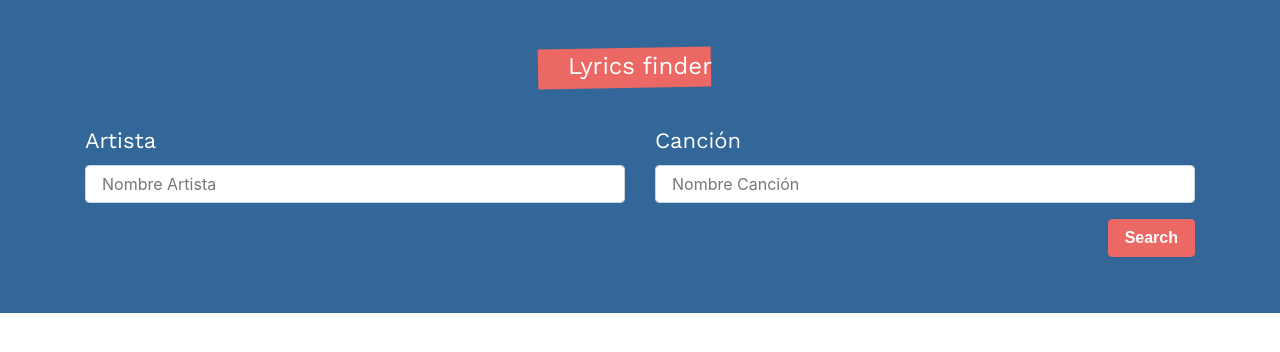
Repository: ppfeliuu/Lyrics-and-Band
Page: /
The author's editor kept a copy of each file at every save. The page is drawn from the files as they stood at one save, then again after the next save.
The browser window is 1280 px wide. The pictures show the whole page.
Some web fonts or font styles are not loaded; a fallback is used. The project was rebuilt for these pictures with package versions that can differ from the ones it lists, and the page was loaded fresh each time.

Above is the page before, as saved 2019-06-21 13:37:00.

### public/index.html
<!DOCTYPE html>
<html lang="en">
  <head>
    <meta charset="utf-8" />
    <link rel="shortcut icon" href="%PUBLIC_URL%/favicon.ico" />
    <meta
      name="viewport"
      content="width=device-width, initial-scale=1, shrink-to-fit=no"
    />
    <meta name="theme-color" content="#000000" />
    <!--
      manifest.json provides metadata used when your web app is added to the
      homescreen on Android. See https://developers.google.com/web/fundamentals/web-app-manifest/
    -->
    <link rel="manifest" href="%PUBLIC_URL%/manifest.json" />
    <!--
      Notice the use of %PUBLIC_URL% in the tags above.
      It will be replaced with the URL of the `public` folder during the build.
      Only files inside the `public` folder can be referenced from the HTML.

      Unlike "/favicon.ico" or "favicon.ico", "%PUBLIC_URL%/favicon.ico" will
      work correctly both with client-side routing and a non-root public URL.
      Learn how to configure a non-root public URL by running `npm run build`.
    -->
    <title>App Música</title>

    <link href="https://fonts.googleapis.com/css?family=Work+Sans" rel="stylesheet">
    <link rel="stylesheet" href="https://use.fontawesome.com/releases/v5.7.1/css/all.css" integrity="sha384-fnmOCqbTlWIlj8LyTjo7mOUStjsKC4pOpQbqyi7RrhN7udi9RwhKkMHpvLbHG9Sr" crossorigin="anonymous">
   <link rel="stylesheet" href="https://bootswatch.com/4/journal/bootstrap.min.css">
  </head>
  <body>
    <noscript>You need to enable JavaScript to run this app.</noscript>
    <div id="root"></div>
    <!--
      This HTML file is a template.
      If you open it directly in the browser, you will see an empty page.

      You can add webfonts, meta tags, or analytics to this file.
      The build step will place the bundled scripts into the <body> tag.

      To begin the development, run `npm start` or `yarn start`.
      To create a production bundle, use `npm run build` or `yarn build`.
    -->
  </body>
</html>

### src/App.js
import React, { useState, useEffect, Fragment } from 'react';
import Formulario from './components/Formulario';

function App() {

  const [ artista, agregarArtista ] = useState('');
  const [ letra, agregarLetra ] = useState([]);
  const [ info, agregarInfo ] = useState({});


  return (
    <Fragment>
      <Formulario />
    </Fragment>
  );
}

export default App;

### src/components/Formulario.js
import React, { useState, useEffect, Fragment } from 'react';

function Formulario() {
    return (
        <div className="bg-info">
          <div className="container">
              <div className="row">
                  <form
                    className="col card text-white bg-transparent  mb-5 pt-5 pb-2">
                      <fieldset>
                          <legend className="text-center">Lyrics finder</legend>
                          <div className="row">
                              <div className="col-md-6">
                                <div className="form-group">
                                    <label>Artista</label>
                                    <input
                                        type="text"
                                        className="form-control"
                                        name="artista"
                                        placeholder="Nombre Artista"
                                        required
                                    />
                                </div>
                              </div>
                              <div className="col-md-6">
                                <div className="form-group">
                                    <label>Canción</label>
                                    <input
                                        type="text"
                                        className="form-control"
                                        name="cancion"
                                        placeholder="Nombre Canción"
                                        required
                                    />
                                </div>
                              </div>
                          </div>
                          <button type="submit" className="btn btn-primary float-right">Search</button>
                      </fieldset>
                  </form>
              </div>
          </div>
      </div>
    )
}

export default Formulario;

Loaded but not shown: src/index.js (common file); src/index.css (common file); src/serviceWorker.js (common file)

After the next save:
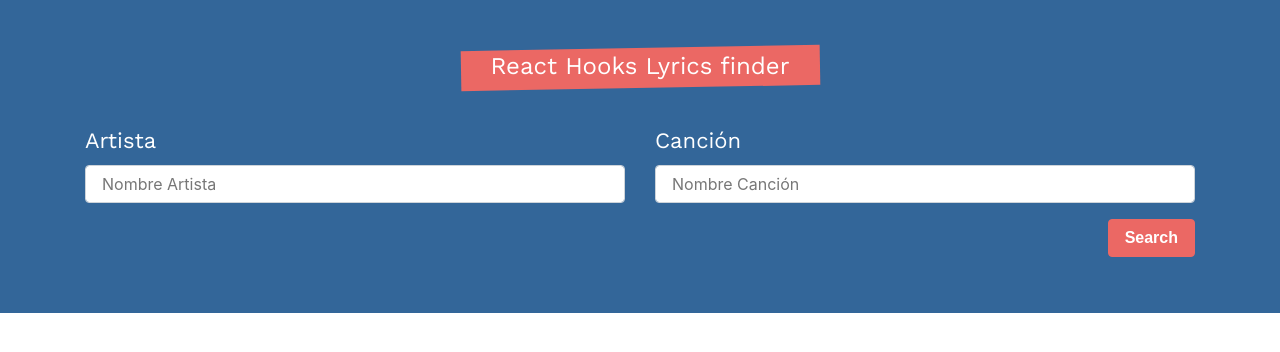
Saved 21 s later.
--- a/src/components/Formulario.js
+++ b/src/components/Formulario.js
@@ -8,7 +8,7 @@ function Formulario() {
                   <form
                     className="col card text-white bg-transparent  mb-5 pt-5 pb-2">
                       <fieldset>
-                          <legend className="text-center">Lyrics finder</legend>
+                          <legend className="text-center">React Hooks Lyrics finder</legend>
                           <div className="row">
                               <div className="col-md-6">
                                 <div className="form-group">
